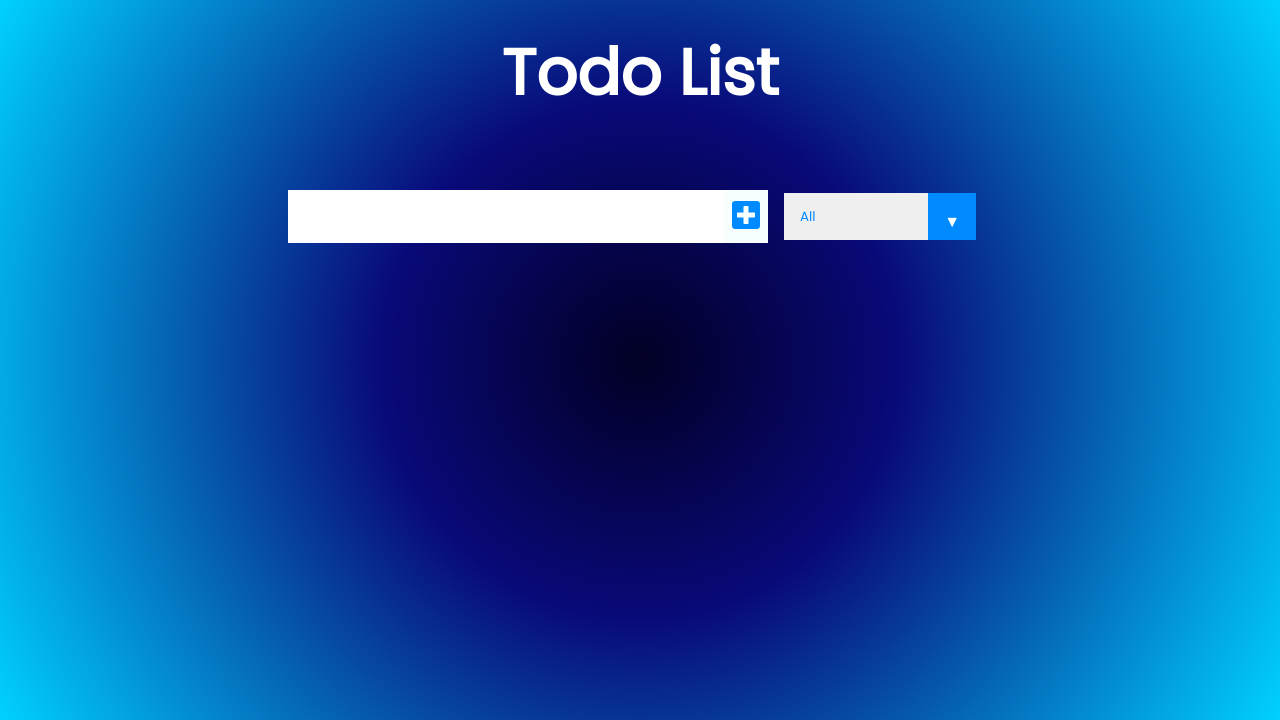
Repository: chellshelove/WADS_Assignment_TodoApp
Page: /
The author's editor kept a copy of each file at every save. The page is drawn from the files as they stood at one save, then again after the next save.
The browser window is 1280 px wide. The pictures show the whole page.
Some web libraries are served in a nearby version. The project was rebuilt for these pictures with package versions that can differ from the ones it lists, and the page was loaded fresh each time. Also part of the build but not shown: src/components/Todo.js.

Above is the page before, as saved 2023-03-09 23:54:08.

### src/App.js
import React, {useState, useEffect} from 'react';
import './App.css';
//importing components
import Form from './components/Form';
import TodoList from './components/TodoList';

function App() {
  const [inputText, setInputText] = useState("");
  const [todos, setTodos] = useState([]);
  const [status, setStatus] = useState("all");
  const [filteredTodos, setFilteredTodos] = useState([]);


  useEffect(() => {
    filterHandler();
    saveLocalTodos();
  }, [todos, status]);

  const filterHandler = () => {
    switch(status){
      case 'completed' :
        setFilteredTodos(todos.filter(todo => todo.completed === true));
        break;
        case 'uncompleted' :
          setFilteredTodos(todos.filter(todo => todo.completed === false));
          break;
          default:
            setFilteredTodos(todos);
            break;
    }
  };

  const saveLocalTodos = () => {
      localStorage.setItem("todos", JSON.stringify("todos"));
  };

  return (
    <div className="todo-app">
      <header>
        <h1>Todo List</h1>
      </header>

      <Form
      inputText={inputText}
      todos={todos}
      setTodos={setTodos}
      setInputText={setInputText}
      setStatus={setStatus}/>
      <TodoList  filteredTodos={filteredTodos} setTodos={setTodos} todos={todos}/>
    </div>
  );
}

<div>
  <h1>Chellshe Love Simrochelle -2502043040</h1>
</div>

export default App;

### src/App.css
* {
  margin: 0;
  padding: 0;
  box-sizing: border-box;
}
body {
  background-image: radial-gradient(circle, rgba(2,0,36,1) 0%, rgba(9,9,121,1) 35%, rgba(0,209,255,1) 100%);
  color: white;
  font-family: "Poppins", sans-serif;
  min-height: 100vh;
}
header {
  font-size: 2rem;
}

header,
form {
  min-height: 20vh;
  display: flex;
  justify-content: center;
  align-items: center;
}
form input,
form button {
  padding: 0.5rem;
  font-size: 2rem;
  border: none;
  background: white;
}
form button {
  color: #008aff;
  background: #f7fffe;
  cursor: pointer;
  transition: all 0.3s ease;
}
form button:hover {
  background: #00ddff;
  color: white;
}
.todo-container {
  display: flex;
  justify-content: center;
  align-items: center;
}

.todo-list {
  min-width: 30%;
  list-style: none;
}

.todo {
  margin: 0.5rem;
  background: white;
  font-size: 1.5rem;
  color: black;
  display: flex;
  justify-content: space-between;
  align-items: center;
  transition: all 1s ease;
}
.filter-todo {
  padding: 1rem;
}
.todo li {
  flex: 1;
}

.trash-btn,
.complete-btn {
  background: #008aff;
  color: black;
  border: none;
  padding: 1rem;
  cursor: pointer;
  font-size: 1rem;
}
.complete-btn {
  background: rgb(11, 212, 162);
}
.todo-item {
  padding: 0rem 0.5rem;
}

.fa-trash,
.fa-check {
  pointer-events: none;
}

.fall {
  transform: translateY(10rem) rotateZ(20deg);
  opacity: 0;
}

.completed {
  text-decoration: line-through;
  opacity: 0.5;
}

/*CUSTOM SELECTOR */
select {
  -webkit-appearance: none;
  -moz-appearance: none;
  -ms-appearance: none;
  appearance: none;
  outline: 0;
  box-shadow: none;
  border: 0 !important;
  background-image: none;
}

/* Custom Select */
.select {
  margin: 1rem;
  position: relative;
  overflow: hidden;
}
select {
  color: #008aff;
  font-family: "Poppins", sans-serif;
  cursor: pointer;
  width: 12rem;
}
/* Arrow */
.select::after {
  content: "\25BC";
  position: absolute;
  top: 0;
  right: 0;
  padding: 1rem;
  background: #008aff;
  cursor: pointer;
  pointer-events: none;
}
/* Transition */
/*
.select:hover::after {
  transform: scale(1.5);
}
*/

### src/components/Form.js
import React from 'react'

const Form = ({setInputText, todos, setTodos, inputText, setStatus}) => {
    const inputTextHandler = (e) => {
        setInputText(e.target.value);
    };
    const submitTodoHandler = (e) => {
        e.preventDefault();
        setTodos ([
            ...todos,
            {text: inputText, completed: false, id: Math.random() * 10000},
        ]);
        setInputText("");
    };
    const statusHandler = (e) => {
      setStatus(e.target.value);
    }
    return(
        <form>
      <input
      value = {inputText}
      onChange={inputTextHandler} type="text" className="todo-input" />
      <button onClick={submitTodoHandler} className="todo-button" type="submit">
        <i className="fas fa-plus-square"></i>
      </button>
      <div className="select">
        <select onChange={statusHandler} name="todos" className="filter-todo">
          <option value="all">All</option>
          <option value="completed">Completed</option>
          <option value="uncompleted">Uncompleted</option>
        </select>
      </div>
    </form>
    );
}

export default Form;

### src/components/TodoList.js
import React from 'react';
import Todo from './Todo';

const TodoList = ({ todos, setTodos, filteredTodos}) => {
    return(
        <div className="todo-container">
             <ul className="todo-list">
                 {filteredTodos.map((todo) => (
                 <Todo
                 setTodos={setTodos}
                 todos={todos}
                 key={todo.id}
                 todo={todo}
                 text={todo.text}/>
                 ))}
            </ul>
        </div>
    );
};

export default TodoList;

Loaded but not shown: public/index.html (common file); src/index.js (common file)

After the next save:
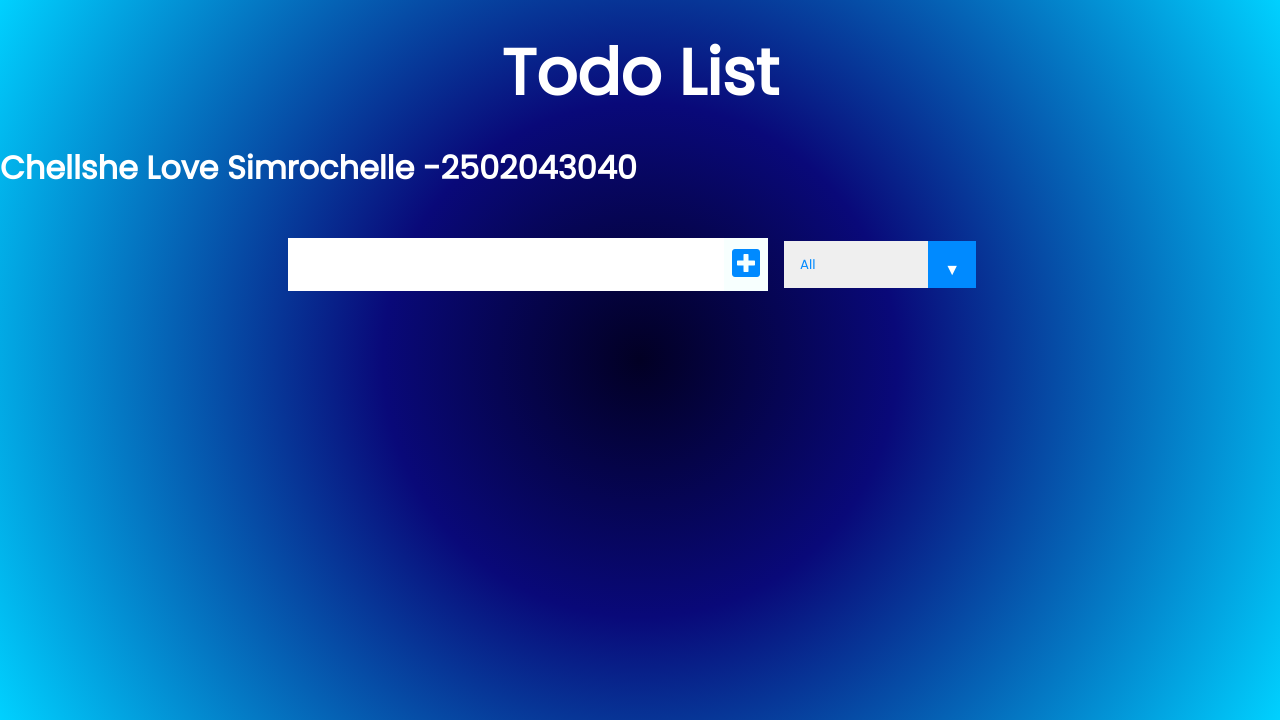
Saved 26 s later.
--- a/src/App.js
+++ b/src/App.js
@@ -39,6 +39,7 @@ function App() {
       <header>
         <h1>Todo List</h1>
       </header>
+      <h1>Chellshe Love Simrochelle -2502043040</h1>
 
       <Form
       inputText={inputText}
@@ -51,8 +52,4 @@ function App() {
   );
 }
 
-<div>
-  <h1>Chellshe Love Simrochelle -2502043040</h1>
-</div>
-
 export default App;
